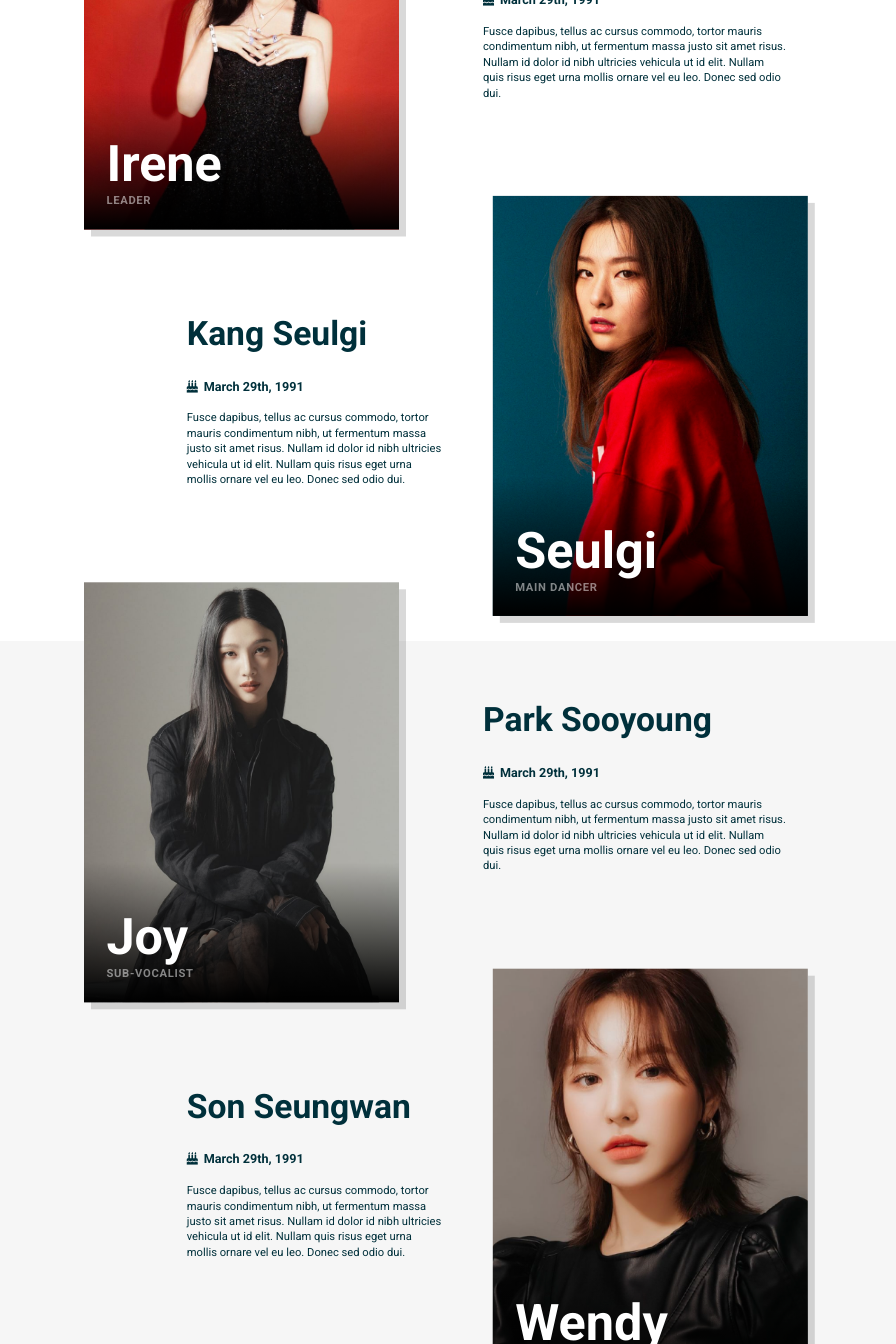
Repository: stillnotdavid/eternity-university
Page: app/index.html
The author's editor kept a copy of each file at every save. The page is drawn from the files as they stood at one save, then again after the next save.
The browser window is 1280 px wide. The pictures show the part of the page from y = 1447 to 3367 px (the page is 3467 px tall before and 3377 px after), at 70% of full size.
The style sheet was rebuilt from its Sass, Less or Tailwind sources for each picture, by a compiler version that may differ from the author's.

Above is the page before, as saved 2021-12-05 21:31:37.

After the next save:
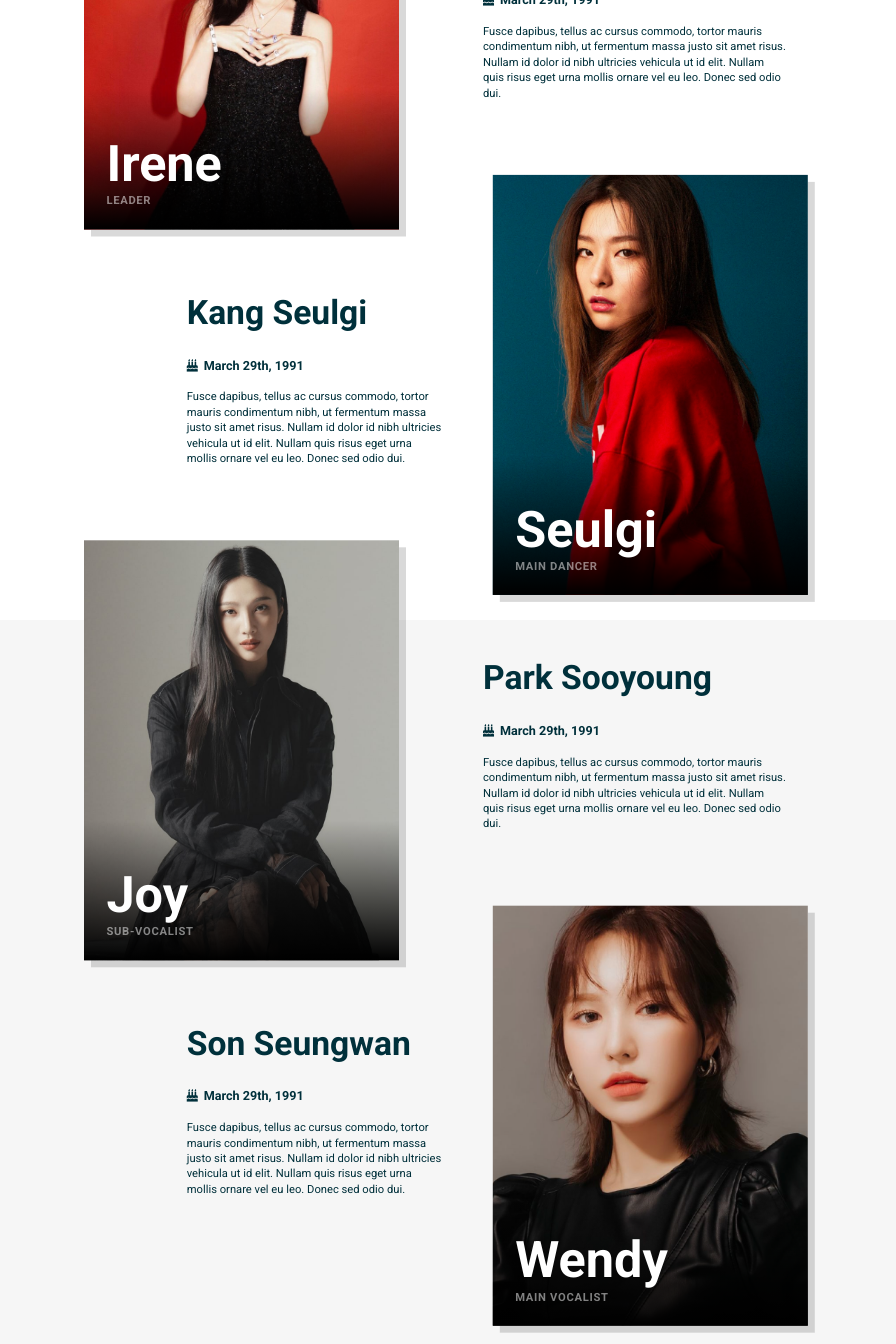
Saved 11 s later.
--- a/app/styles/components/_members.scss
+++ b/app/styles/components/_members.scss
@@ -7,7 +7,7 @@
 .member {
   display: flex;
   align-items: center;
-  margin-top: -120px;
+  margin-top: -150px;
 
   &--reverse {
     flex-direction: row-reverse;
